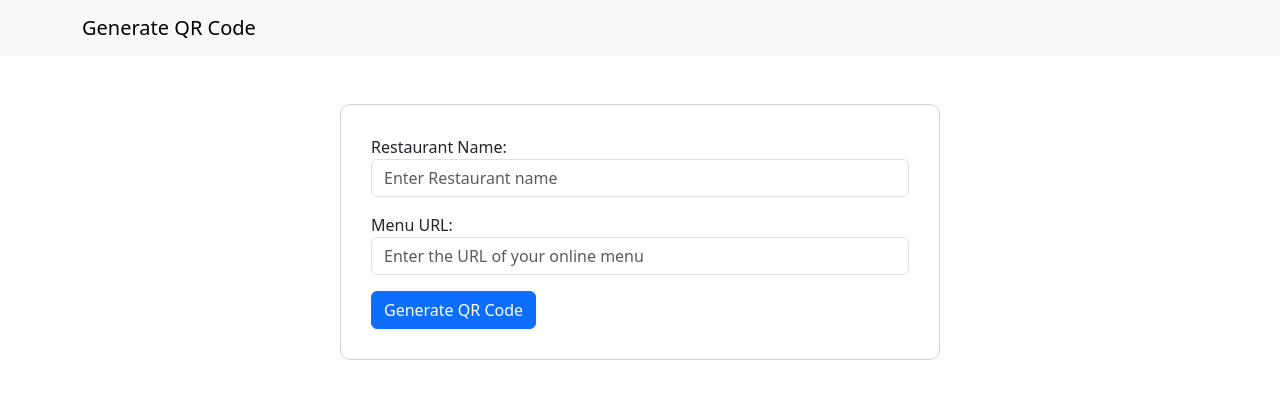
Repository: Shreesha1564/digital_qr_menu
Page: http://localhost/
The author's editor kept a copy of each file at every save. The page is drawn from the files as they stood at one save, then again after the next save.
The browser window is 1280 px wide. The pictures show the whole page.
The page is served by the project's application, run on Django 5.2 (manage.py). Other server files are loaded and not shown.

Above is the page before, as saved 2025-04-23 00:47:29.

### templates/generate_qr_code.html
<!DOCTYPE html>
<html lang="en">
<head>
    <meta charset="UTF-8">
    <meta name="viewport" content="width=device-width, initial-scale=1.0">
    <title>Generate QR code for Digital Restaurant Menu</title>
<!-- Bootstrap css cdn -->
    <link href="https://cdn.jsdelivr.net/npm/bootstrap@5.3.5/dist/css/bootstrap.min.css" rel="stylesheet" integrity="sha384-SgOJa3DmI69IUzQ2PVdRZhwQ+dy64/BUtbMJw1MZ8t5HZApcHrRKUc4W0kG879m7" crossorigin="anonymous">
    <!-- Bootstrap js cdn -->
    <script src="https://cdn.jsdelivr.net/npm/bootstrap@5.3.5/dist/js/bootstrap.bundle.min.js" integrity="sha384-k6d4wzSIapyDyv1kpU366/PK5hCdSbCRGRCMv+eplOQJWyd1fbcAu9OCUj5zNLiq" crossorigin="anonymous"></script>
</head>
<body>
    <nav class="navbar navbar-expand-lg bg-body-tertiary">
        <div class="container">
            <a href="" class="navbar-brand">Generate QR Code</a>
        </div>
    </nav>
    <div class="container mt-5" style="width: 600px; border: 1px solid #D3D3D3;padding: 30px; border-radius: 10px;">
        <form action="{% url 'generate_qr_code' %}" method="POST">
            {% csrf_token %}

            {{ form.as_p }}

            <button type="submit" class="btn btn-primary">Generate QR Code</button>
         </form>
     </div>
</body>
</html>

### django_qr/forms.py
from django import forms


class QRCodeForm(forms.Form):
    restaurant_name = forms.CharField(
        max_length=50,
        label='Restaurant Name',
        widget=forms.TextInput(attrs={
            'class': 'form-control',
            'placeholder': 'Enter Restaurant name'
        })
        )
    url = forms.URLField(
        max_length=200,
        label='Menu URL',
        widget=forms.URLInput(attrs={
            'class': 'form-control',
            'placeholder': 'Enter the URL of your online menu'
        })
        )

### django_qr/views.py
from django.shortcuts import render
from .forms import QRCodeForm
def generate_qr_code(request):
   form = QRCodeForm()
   context = {
                'form': form
            }
   return render(request, 'generate_qr_code.html', context)

### django_qr/urls.py
"""
URL configuration for django_qr project.

The `urlpatterns` list routes URLs to views. For more information please see:
    https://docs.djangoproject.com/en/5.2/topics/http/urls/
Examples:
Function views
    1. Add an import:  from my_app import views
    2. Add a URL to urlpatterns:  path('', views.home, name='home')
Class-based views
    1. Add an import:  from other_app.views import Home
    2. Add a URL to urlpatterns:  path('', Home.as_view(), name='home')
Including another URLconf
    1. Import the include() function: from django.urls import include, path
    2. Add a URL to urlpatterns:  path('blog/', include('blog.urls'))
"""
from django.contrib import admin
from django.urls import path
from . import views
urlpatterns = [
    path('admin/', admin.site.urls),
    path('',views.generate_qr_code,name="generate_qr_code")
]

After the next save:
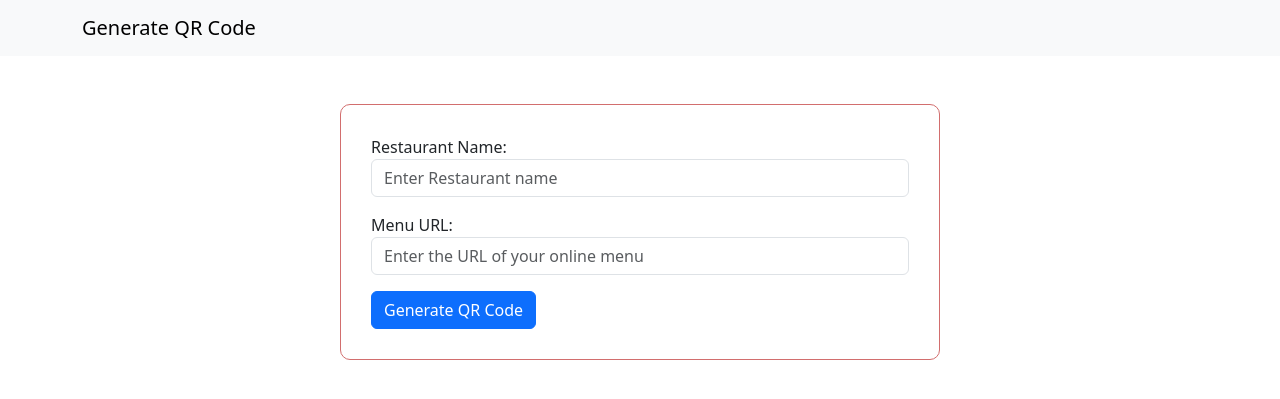
Saved 2 min 18 s later.
--- a/templates/generate_qr_code.html
+++ b/templates/generate_qr_code.html
@@ -15,7 +15,7 @@
             <a href="" class="navbar-brand">Generate QR Code</a>
         </div>
     </nav>
-    <div class="container mt-5" style="width: 600px; border: 1px solid #D3D3D3;padding: 30px; border-radius: 10px;">
+    <div class="container mt-5" style="width: 600px; border: 1px solid #d26e6e;padding: 30px; border-radius: 10px;">
         <form action="{% url 'generate_qr_code' %}" method="POST">
             {% csrf_token %}
 
